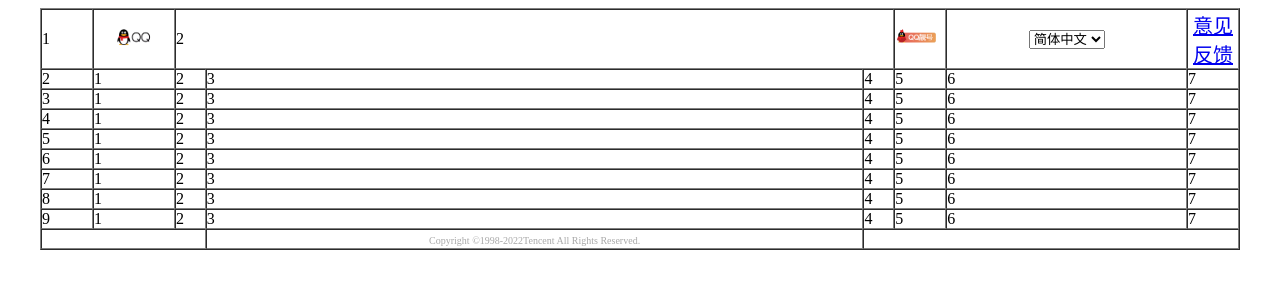
Repository: l897284707/0913
Page: qq注册界面.html
These files come from the project's save history. The page is drawn as it stood at one moment and after the next save; the edit follows.
The browser window is 1280 px wide. The pictures show the whole page.

Above is the page before, as saved 2022-09-13 20:47:39.

After the next save:
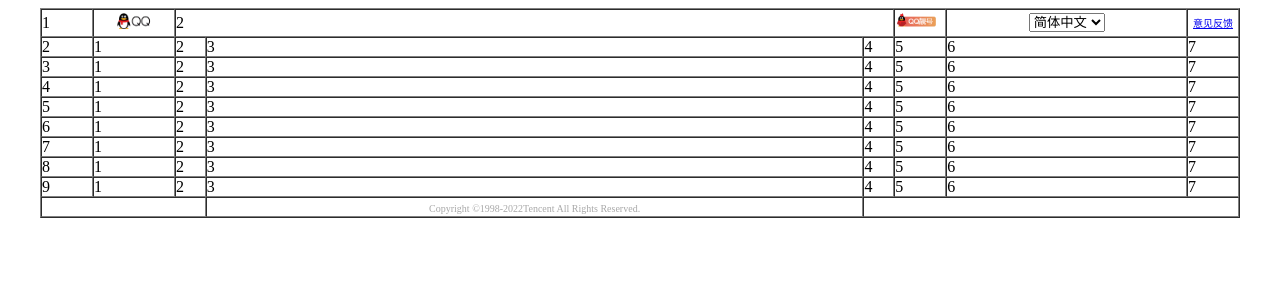
Saved 5 s later.
--- a/qq注册界面.html
+++ b/qq注册界面.html
@@ -26,7 +26,7 @@
                     <option value="">English</option>
                 </select>
             </td>
-            <td align="center" style=" width: 50px; font-size: 20px;">
+            <td align="center" style=" width: 50px; font-size: 10px;">
                 <a href=" ">意见反馈</a>
             </td>
         </tr>
